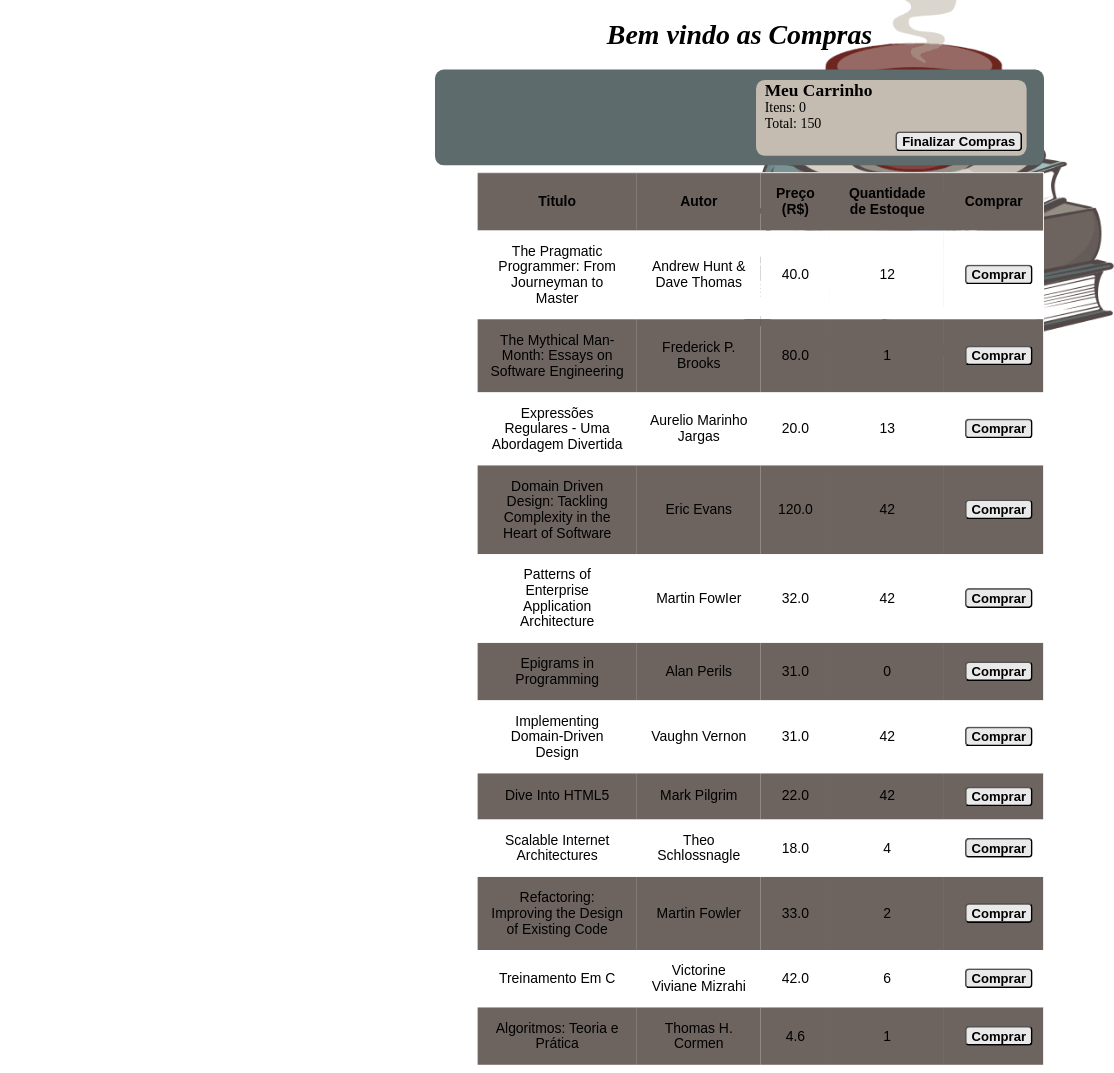
Repository: gabriellacrystina/ProjetoTegra
Page: http://localhost/book-store/Produtos
An editor plug-in stored every save of this project. The page is shown before and after the next save, followed by the edit.
The browser window is 1280 px wide. The pictures show the whole page, at 87% of full size.
Backgrounds fixed to the window are drawn as part of the page. The page is served by Tomcat 9.

Above is the page before, as saved 2016-07-04 17:53:59.

After the next save:
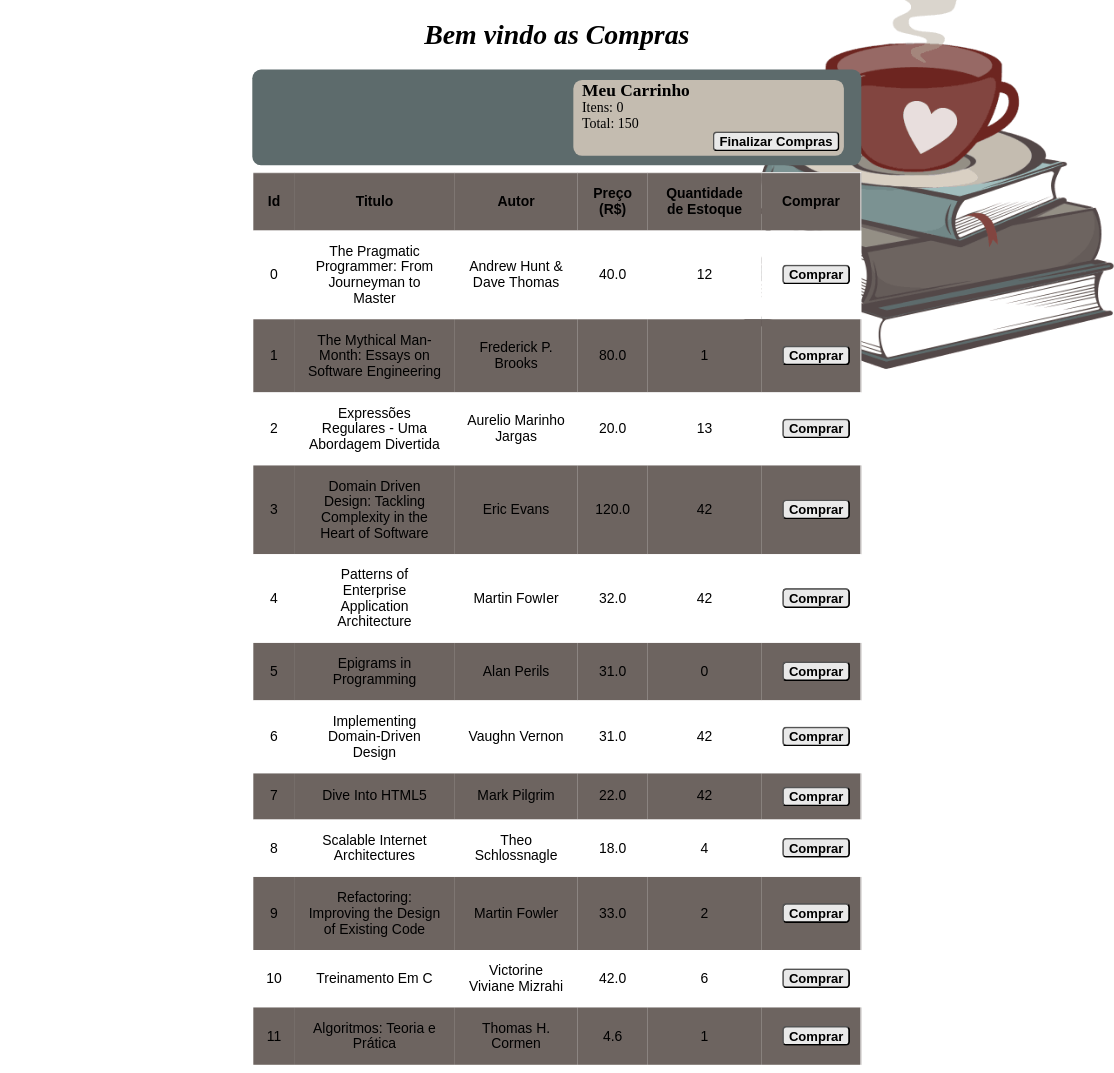
Saved 3 min 12 s later.
--- a/book-store/WebContent/book_store_stile.css
+++ b/book-store/WebContent/book_store_stile.css
@@ -6,8 +6,8 @@ body {
 	background-position: right top;
 	background-attachment: fixed;
     width: 700px;
-    margin-left: 500px;
-	margin-right: 500px;
+    margin-left: auto;
+	margin-right: auto;
 }
 
 h1 {
@@ -17,10 +17,10 @@ h1 {
 }
 
 #tbl-books {
+	width: 100%;
 	font-family: "Arial", "Helvetica", sans-serif;
 	border: 1px solid #ffffff;
     border-collapse: collapse;
-    align:center;
 
 }
 
@@ -36,10 +36,6 @@ h1 {
 th, td {
     padding: 15px;
     text-align: center;
-}
-
-.id-livro {
-	visibility: collapse;
 }
 
 .meu-carrinho{
